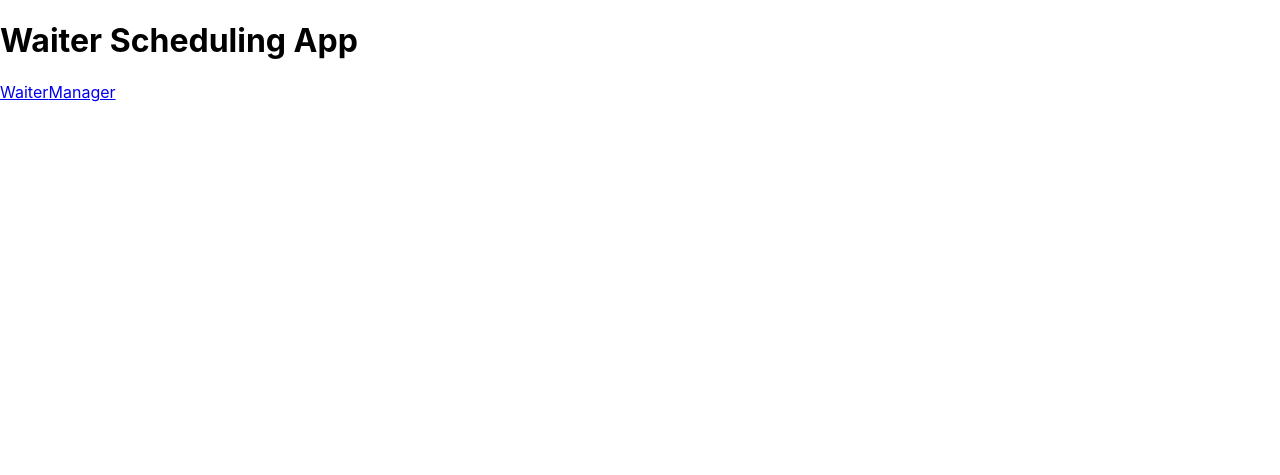
Repository: lasity34/waiter-scheduling-app
Page: / (app in waiter-app-frontend/)
These files come from the project's save history. The page is drawn as it stood at one moment and after the next save; the edit follows.
The browser window is 1280 px wide. The pictures show the whole page.
The project was rebuilt for these pictures with package versions that can differ from the ones it lists, and the page was loaded fresh each time. Also part of the build but not shown: waiter-app-frontend/src/components/Signin.tsx, waiter-app-frontend/src/components/WaiterDashboard.tsx, waiter-app-frontend/src/components/ManagerDashboard.tsx.

Above is the page before, as saved 2024-09-10 14:53:42.

After the next save:
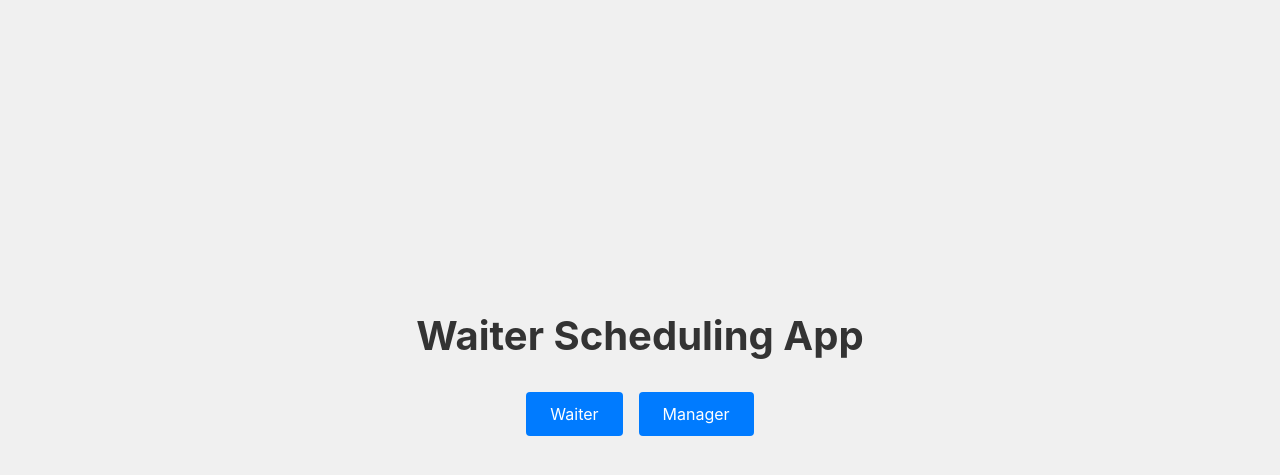
Saved 2 min 17 s later.
--- a/waiter-app-frontend/src/components/Home.tsx
+++ b/waiter-app-frontend/src/components/Home.tsx
@@ -1,17 +1,51 @@
 import React from 'react';
 import { Link } from 'react-router-dom';
+import styled from 'styled-components';
+
+const HomeContainer = styled.div`
+  display: flex;
+  flex-direction: column;
+  align-items: center;
+  justify-content: center;
+  height: 100vh;
+  background-color: #f0f0f0;
+`;
+
+const Title = styled.h1`
+  font-size: 2.5rem;
+  color: #333;
+  margin-bottom: 2rem;
+`;
+
+const OptionsContainer = styled.div`
+  display: flex;
+  gap: 1rem;
+`;
+
+const StyledLink = styled(Link)`
+  padding: 0.75rem 1.5rem;
+  background-color: #007bff;
+  color: white;
+  text-decoration: none;
+  border-radius: 4px;
+  font-size: 1rem;
+  transition: background-color 0.3s ease;
+
+  &:hover {
+    background-color: #0056b3;
+  }
+`;
 
 const Home: React.FC = () => {
   return (
-    <div className="home">
-      <h1>Waiter Scheduling App</h1>
-      <div className="options">
-        <Link to="/signin?role=waiter" className="button">Waiter</Link>
-        <Link to="/signin?role=manager" className="button">Manager</Link>
-      </div>
-    </div>
+    <HomeContainer>
+      <Title>Waiter Scheduling App</Title>
+      <OptionsContainer>
+        <StyledLink to="/signin?role=waiter">Waiter</StyledLink>
+        <StyledLink to="/signin?role=manager">Manager</StyledLink>
+      </OptionsContainer>
+    </HomeContainer>
   );
 }
 
-
 export default Home;
